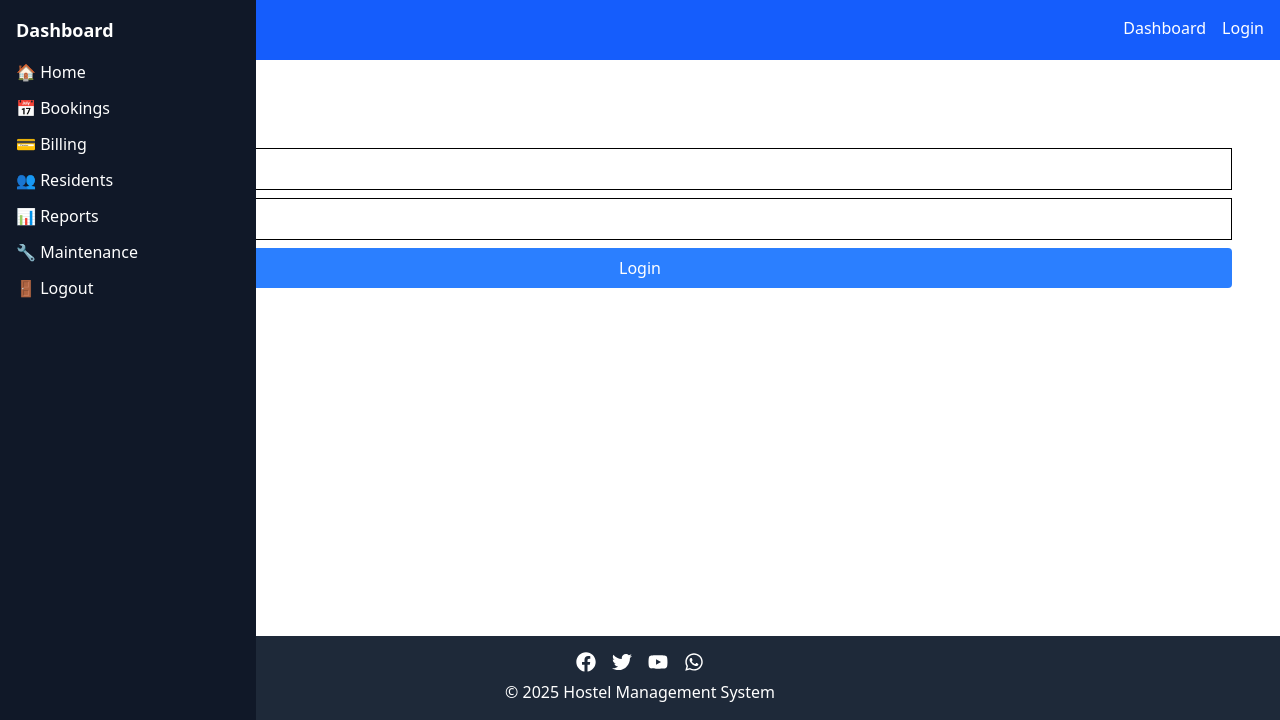
Repository: Meenakshi-commits/hostel_client
Page: /dashboard
An editor plug-in stored every save of this project. The page is shown before and after the next save, followed by the edit.
The browser window is 1280 px wide. The pictures show the whole page.
The page's requests for data from a server got no answer. The project was rebuilt for these pictures with package versions that can differ from the ones it lists, and the page was loaded fresh each time. No one was signed in, and anything a server would have sent is missing. Also part of the build but not shown: vite.config.js, src/pages/HomePage.jsx, src/pages/Dashboard.jsx, src/pages/Booking.jsx, src/services/PaymentService.js, src/pages/Payment.jsx, src/pages/HostelDetails.jsx, src/pages/Maintenance.jsx and 4 more.

Above is the page before, as saved 2025-02-28 19:26:13.

### index.html
<!doctype html>
<html lang="en">
  <head>
    <meta charset="UTF-8" />
    <link rel="icon" type="image/png" href="/logo.png" />
    <meta name="viewport" content="width=device-width, initial-scale=1.0" />
    <title>HostelManagementSystems</title>
  </head>
  <body>
    <div id="root"></div>
    <script type="module" src="/src/main.jsx"></script>
  </body>
</html>

### src/main.jsx
import React from "react";
import ReactDOM from "react-dom/client";
import { BrowserRouter } from "react-router-dom";
import App from "./App.jsx";
import "./index.css";

ReactDOM.createRoot(document.getElementById("root")).render(
    <BrowserRouter>
        <App />
    </BrowserRouter>
);

### src/App.jsx
import { AuthProvider } from "./context/AuthContext";
import { RoomProvider } from "./context/RoomContext";
import { BookingProvider } from "./context/BookingContext";
import { NotificationProvider } from "./context/NotificationContext";
import Navbar from "./components/Navbar";
import Sidebar from "./components/Sidebar";
import Footer from "./components/Footer";
import AppRoutes from "./routes/AppRoutes";

function App() {
  return (
    <AuthProvider>
      <RoomProvider>
        <BookingProvider>
          <NotificationProvider>
            <div className="flex h-screen">
              <Sidebar />
              <div className="flex-1 flex flex-col">
                <Navbar />
                <div className="p-6 flex-grow overflow-auto">
                  <AppRoutes /> {/* Uses the separate AppRoutes component */}
                </div>
                <Footer />
              </div>
            </div>
          </NotificationProvider>
        </BookingProvider>
      </RoomProvider>
    </AuthProvider>
  );
}

export default App;

### src/context/AuthContext.jsx
import { createContext, useState, useEffect } from "react";
import { loginUser, registerUser } from "../services/authService";

export const AuthContext = createContext();

export const AuthProvider = ({ children }) => {
  const [user, setUser] = useState(null);
  const [loading, setLoading] = useState(true);

  useEffect(() => {
    const storedUser = localStorage.getItem("user");
    if (storedUser) {
      try {
        setUser(JSON.parse(storedUser));
      } catch (error) {
        console.error("Invalid JSON in localStorage:", error);
        localStorage.removeItem("user"); // Clear invalid data
      }
    }
    setLoading(false);
  }, []);

  const login = async (credentials) => {
    try {
      const data = await loginUser(credentials);
      setUser(data.user);
      localStorage.setItem("user", JSON.stringify(data.user));
    } catch (error) {
      console.error("Login failed:", error);
    }
  };

  const register = async (userData) => {
    try {
      const response = await registerUser(userData);
      setUser(response.user);
      localStorage.setItem("user", JSON.stringify(response.user));
    } catch (error) {
      console.error("Registration failed:", error);
    }
  };

  const logout = () => {
    setUser(null);
    localStorage.removeItem("user");
  };

  return (
    <AuthContext.Provider value={{ user, login, register, logout, loading }}>
      {children}
    </AuthContext.Provider>
  );
};

### src/context/RoomContext.jsx
import { createContext, useState, useEffect } from "react";
import { getRooms } from "../services/roomService";

export const RoomContext = createContext();

export const RoomProvider = ({ children }) => {
  const [rooms, setRooms] = useState([]);
  const [loading, setLoading] = useState(true);

  useEffect(() => {
    fetchRooms();
  }, []);

  const fetchRooms = async () => {
    try {
      const data = await getRooms();
      setRooms(data);
    } catch (error) {
      console.error("Failed to fetch rooms:", error);
    } finally {
      setLoading(false);
    }
  };

  return (
    <RoomContext.Provider value={{ rooms, loading }}>
      {children}
    </RoomContext.Provider>
  );
};

### src/context/BookingContext.jsx
import { createContext, useState } from "react";
import { createBooking, getBookingById } from "../services/bookingService";

export const BookingContext = createContext();

export const BookingProvider = ({ children }) => {
  const [booking, setBooking] = useState(null);

  const addBooking = async (bookingData) => {
    try {
      const newBooking = await createBooking(bookingData);
      setBooking(newBooking);
    } catch (error) {
      console.error("Booking failed:", error);
    }
  };

  const fetchBooking = async (id) => {
    try {
      const data = await getBookingById(id);
      setBooking(data);
    } catch (error) {
      console.error("Failed to fetch booking:", error);
    }
  };

  return (
    <BookingContext.Provider value={{ booking, addBooking, fetchBooking }}>
      {children}
    </BookingContext.Provider>
  );
};

### src/context/NotificationContext.jsx
import { createContext, useState } from "react";
import { sendSmsNotification } from "../services/notificationService";
import { sendEmailNotification } from "../services/notificationService";


export const NotificationContext = createContext();

export const NotificationProvider = ({ children }) => {
  const [message, setMessage] = useState("");

  const sendEmail = async (emailData) => {
    try {
      const response = await sendEmailNotification(emailData);
      setMessage(response.message);
    } catch (error) {
      console.error("Email notification failed:", error);
    }
  };

  const sendSms = async (smsData) => {
    try {
      const response = await sendSmsNotification(smsData);
      setMessage(response.message);
    } catch (error) {
      console.error("SMS notification failed:", error);
    }
  };

  return (
    <NotificationContext.Provider value={{ sendEmail, sendSms, message }}>
      {children}
    </NotificationContext.Provider>
  );
};

### src/components/Navbar.jsx
import { Link } from "react-router-dom";

const Navbar = () => {
  return (
    <nav className="bg-blue-600 text-white p-4 flex justify-between">
      <Link to="/" className="text-lg font-bold">Hostel Management</Link>
      <div>
        <Link to="/Dashboard" className="mr-4">Dashboard</Link>
        <Link to="/Login">Login</Link>
      </div>
    </nav>
  );
};

export default Navbar;

### src/components/Sidebar.jsx
import { Link } from "react-router-dom";

const Sidebar = () => {
  return (
    <aside className="bg-gray-900 text-white w-64 p-4 h-screen fixed">
      <h2 className="text-lg font-bold mb-4">Dashboard</h2>
      <nav>
        <ul className="space-y-3">
          <li><Link to="/dashboard">🏠 Home</Link></li>
          <li><Link to="/booking">📅 Bookings</Link></li>
          <li><Link to="/billing">💳 Billing</Link></li>
          <li><Link to="/residents">👥 Residents</Link></li>
          <li><Link to="/reports">📊 Reports</Link></li>
          <li><Link to="/maintenance">🔧 Maintenance</Link></li>
          <li><Link to="/logout">🚪 Logout</Link></li>
        </ul>
      </nav>
    </aside>
  );
};

export default Sidebar;

### src/components/Footer.jsx
import { FaFacebook, FaTwitter, FaYoutube, FaWhatsapp } from "react-icons/fa";

const Footer = () => {
  return (
    <footer className="bg-gray-800 text-white text-center p-4 mt-8">
      <div className="flex justify-center space-x-4 mb-2">
        <a href="#" className="text-xl"><FaFacebook /></a>
        <a href="#" className="text-xl"><FaTwitter /></a>
        <a href="#" className="text-xl"><FaYoutube /></a>
        <a href="#" className="text-xl"><FaWhatsapp /></a>
      </div>
      <p>© {new Date().getFullYear()} Hostel Management System</p>
    </footer>
  );
};

export default Footer;

### src/routes/AppRoutes.jsx
import { Routes, Route } from "react-router-dom";
import ProtectedRoute from "../components/ProtectedRoute";

// Pages
import HomePage from "../pages/HomePage";
import Dashboard from "../pages/Dashboard";
import Booking from "../pages/Booking";
import Payment from "../pages/Payment";
import HostelDetails from "../pages/HostelDetails";
import Maintenance from "../pages/Maintenance";
import Residents from "../pages/Residents";
import Billing from "../pages/Billing";
import Reports from "../pages/Reports";
import Login from "../pages/Login";
import Signup from "../pages/Signup";

const AppRoutes = () => {
  return (
    <Routes>
      <Route path="/" element={<HomePage />} />
      <Route path="/login" element={<Login />} />
      <Route path="/signup" element={<Signup />} />

      {/* Protected Routes */}
      <Route path="/dashboard" element={<ProtectedRoute><Dashboard /></ProtectedRoute>} />
      <Route path="/booking" element={<ProtectedRoute><Booking /></ProtectedRoute>} />
      <Route path="/payment" element={<ProtectedRoute><Payment /></ProtectedRoute>} />
      <Route path="/hostel-details" element={<ProtectedRoute><HostelDetails /></ProtectedRoute>} />
      <Route path="/maintenance" element={<ProtectedRoute><Maintenance /></ProtectedRoute>} />
      <Route path="/residents" element={<ProtectedRoute><Residents /></ProtectedRoute>} />
      <Route path="/billing" element={<ProtectedRoute><Billing /></ProtectedRoute>} />
      <Route path="/reports" element={<ProtectedRoute><Reports /></ProtectedRoute>} />
    </Routes>
  );
};

export default AppRoutes;

### src/services/authService.js
import api from "./api";

// User Registration
export const registerUser = async (userData) => {
  try {
    const response = await api.post("/api/auth/register", userData);
    return response.data;
  } catch (error) {
    console.error("Error registering user:", error);
    throw error;
  }
};

// User Login
export const loginUser = async (credentials) => {
  try {
    const response = await api.post("/api/auth/login", credentials);
    return response.data;
  } catch (error) {
    console.error("Error logging in:", error);
    throw error;
  }
};

### src/services/roomService.js
import api from "./api";

// Fetch all rooms
export const getRooms = async () => {
  try {
    const response = await api.get("/api/rooms");
    return response.data;
  } catch (error) {
    console.error("Error fetching rooms:", error);
    return [];
  }
};

// Get a single room by ID
export const getRoomById = async (roomId) => {
  try {
    const response = await api.get(`/api/rooms/${roomId}`);
    return response.data;
  } catch (error) {
    console.error("Error fetching room:", error);
    throw error;
  }
};

// Create a new room
export const createRoom = async (roomData) => {
  try {
    await api.post("/api/rooms", roomData);
  } catch (error) {
    console.error("Error creating room:", error);
    throw error;
  }
};

// Update an existing room
export const updateRoom = async (roomId, roomData) => {
  try {
    await api.put(`/api/rooms/${roomId}`, roomData);
  } catch (error) {
    console.error("Error updating room:", error);
    throw error;
  }
};

// Delete a room
export const deleteRoom = async (roomId) => {
  try {
    await api.delete(`/api/rooms/${roomId}`);
  } catch (error) {
    console.error("Error deleting room:", error);
    throw error;
  }
};

### src/services/bookingService.js
import api from "./api";

// Create a new booking
export const createBooking = async (bookingData) => {
  try {
    const response = await api.post("/api/bookings", bookingData);
    return response.data;
  } catch (error) {
    console.error("Error creating booking:", error);
    throw error;
  }
};

// Get a specific booking
export const getBookingById = async (bookingId) => {
  try {
    const response = await api.get(`/api/bookings/${bookingId}`);
    return response.data;
  } catch (error) {
    console.error("Error fetching booking:", error);
    throw error;
  }
};

// Get all bookings
export const getAllBookings = async () => {
  try {
    const response = await api.get("/api/bookings");
    return response.data;
  } catch (error) {
    console.error("Error fetching bookings:", error);
    return [];
  }
};

// Cancel a booking
export const cancelBooking = async (bookingId) => {
  try {
    await api.delete(`/api/bookings/${bookingId}`);
  } catch (error) {
    console.error("Error canceling booking:", error);
    throw error;
  }
};

// Fetch Booking by ID
export const fetchBookingById = async (bookingId) => {
  try {
    const response = await api.get(`/api/bookings/${bookingId}`);
    return response.data;
  } catch (error) {
    console.error("Error fetching booking by ID:", error);
    throw error;
  }
};

### src/services/notificationService.js
import api from "./api";

// Send Email Notification
export const sendEmailNotification = async (emailData) => {
  try {
    const response = await api.post("/api/notifications/email", emailData);
    return response.data;
  } catch (error) {
    console.error("Error sending email notification:", error);
    throw error;
  }
};

// Send SMS Notification
export const sendSmsNotification = async (smsData) => {
  try {
    const response = await api.post("/api/notifications/sms", smsData);
    return response.data;
  } catch (error) {
    console.error("Error sending SMS notification:", error);
    throw error;
  }
};

### src/components/ProtectedRoute.jsx
import { useContext } from "react";
import { Navigate, Outlet } from "react-router-dom";
import { AuthContext } from "../context/AuthContext";

const ProtectedRoute = () => {
  const { user } = useContext(AuthContext);

  return user ? <Outlet /> : <Navigate to="/login" />;
};

export default ProtectedRoute;

### src/pages/Login.jsx
import { useState, useContext } from "react";
import { AuthContext } from "../context/AuthContext";

const Login = () => {
  const { login } = useContext(AuthContext);
  const [email, setEmail] = useState("");
  const [password, setPassword] = useState("");

  const handleSubmit = async (e) => {
    e.preventDefault();
    await login({ email, password });
  };

  return (
    <div className="p-6">
      <h2 className="text-2xl font-bold">Login</h2>
      <form onSubmit={handleSubmit} className="flex flex-col">
        <input type="email" placeholder="Email" value={email} onChange={(e) => setEmail(e.target.value)} className="border p-2 mt-2"/>
        <input type="password" placeholder="Password" value={password} onChange={(e) => setPassword(e.target.value)} className="border p-2 mt-2"/>
        <button type="submit" className="mt-2 px-4 py-2 bg-blue-500 text-white rounded">Login</button>
      </form>
    </div>
  );
};

export default Login;

### src/services/api.js
import axios from "axios";

const api = axios.create({
  baseURL: "https://hostel-server-d0td.onrender.com",
  headers: {
    "Content-Type": "application/json",
  },
});

// Request Interceptor (Logs outgoing requests)
api.interceptors.request.use(
  (config) => {
    console.log("🚀 Request Sent:", config.method.toUpperCase(), config.url);
    console.log("📤 Request Data:", config.data);
    return config;
  },
  (error) => {
    console.error("❌ Request Error:", error);
    return Promise.reject(error);
  }
);

// Response Interceptor (Logs responses or errors)
api.interceptors.response.use(
  (response) => {
    console.log("✅ Response:", response.status, response.data);
    return response;
  },
  (error) => {
    if (error.response) {
      console.error("❌ Response Error:", error.response.status, error.response.data);
    } else {
      console.error("❌ Network Error:", error.message);
    }
    return Promise.reject(error);
  }
);

export default api;

Loaded but not shown: src/index.css (common file)

After the next save:
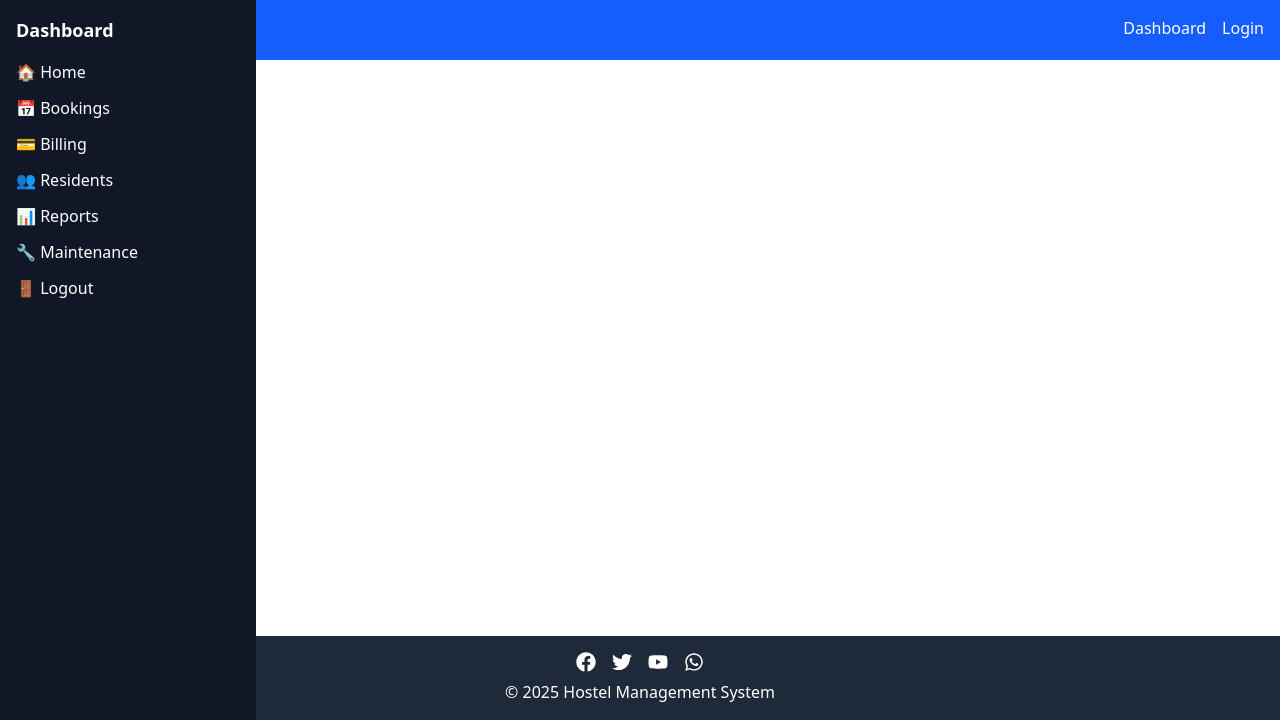
Saved 4 min 19 s later.
--- a/src/pages/Login.jsx
+++ b/src/pages/Login.jsx
@@ -11,16 +11,41 @@ const Login = () => {
     await login({ email, password });
   };
 
-  return (
-    <div className="p-6">
-      <h2 className="text-2xl font-bold">Login</h2>
-      <form onSubmit={handleSubmit} className="flex flex-col">
-        <input type="email" placeholder="Email" value={email} onChange={(e) => setEmail(e.target.value)} className="border p-2 mt-2"/>
-        <input type="password" placeholder="Password" value={password} onChange={(e) => setPassword(e.target.value)} className="border p-2 mt-2"/>
-        <button type="submit" className="mt-2 px-4 py-2 bg-blue-500 text-white rounded">Login</button>
-      </form>
-    </div>
-  );
+  const Login = ({ handleSubmit, email, setEmail, password, setPassword }) => {
+    return (
+      <div className="flex items-center justify-center min-h-[80vh]">
+        <div className="bg-white p-6 shadow-lg rounded-lg w-full max-w-sm">
+          <h2 className="text-2xl font-bold text-center text-gray-800">Login</h2>
+          <form onSubmit={handleSubmit} className="flex flex-col mt-4">
+            <label className="text-gray-700 font-medium">Email</label>
+            <input
+              type="email"
+              placeholder="Enter your email"
+              value={email}
+              onChange={(e) => setEmail(e.target.value)}
+              className="border p-2 rounded mt-1 w-full"
+            />
+
+            <label className="text-gray-700 font-medium mt-3">Password</label>
+            <input
+              type="password"
+              placeholder="Enter your password"
+              value={password}
+              onChange={(e) => setPassword(e.target.value)}
+              className="border p-2 rounded mt-1 w-full"
+            />
+
+            <button
+              type="submit"
+              className="mt-4 px-4 py-2 bg-blue-600 text-white font-semibold rounded hover:bg-blue-700 transition duration-300"
+            >
+              Login
+            </button>
+          </form>
+        </div>
+      </div>
+    );
+  };
 };
 
 export default Login;
